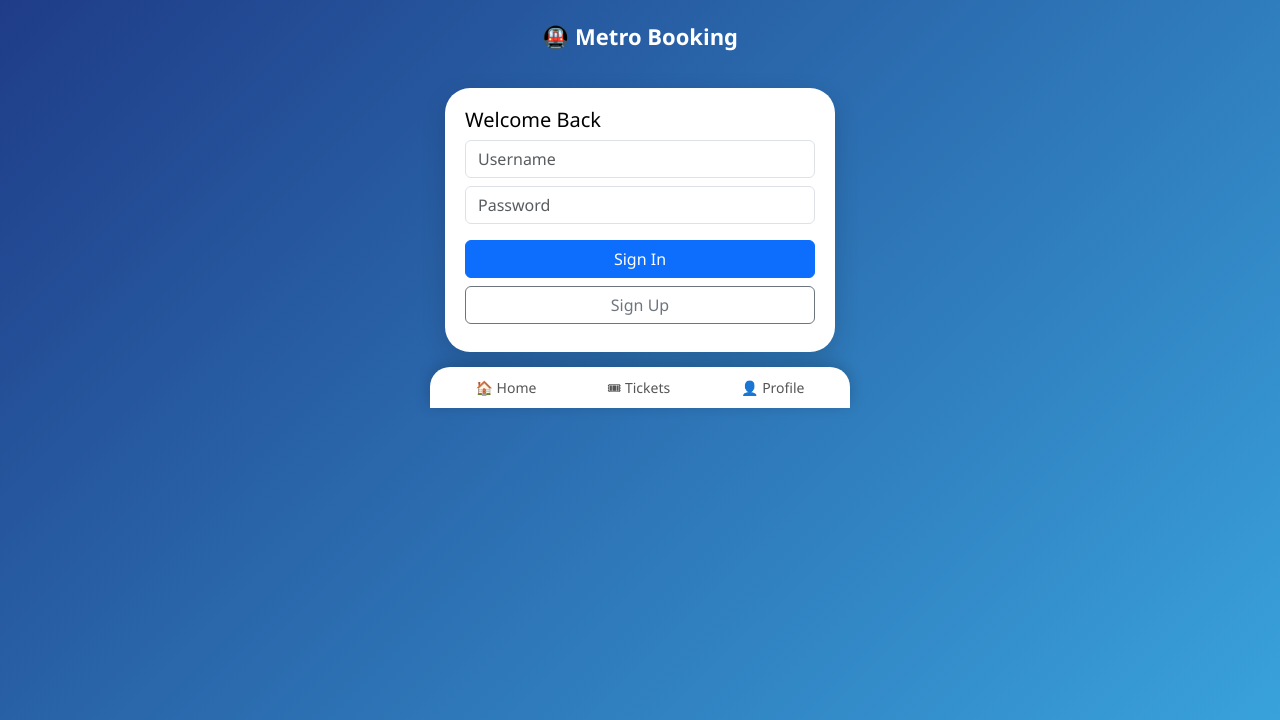
Repository: aksah72/Metro-Booking-System
Page: MetroBookingService/ui/index.html
The author's editor kept a copy of each file at every save. The page is drawn from the files as they stood at one save, then again after the next save.
The browser window is 1280 px wide. The pictures show the whole page.

Above is the page before, as saved 2026-02-22 19:42:12.

After the next save:
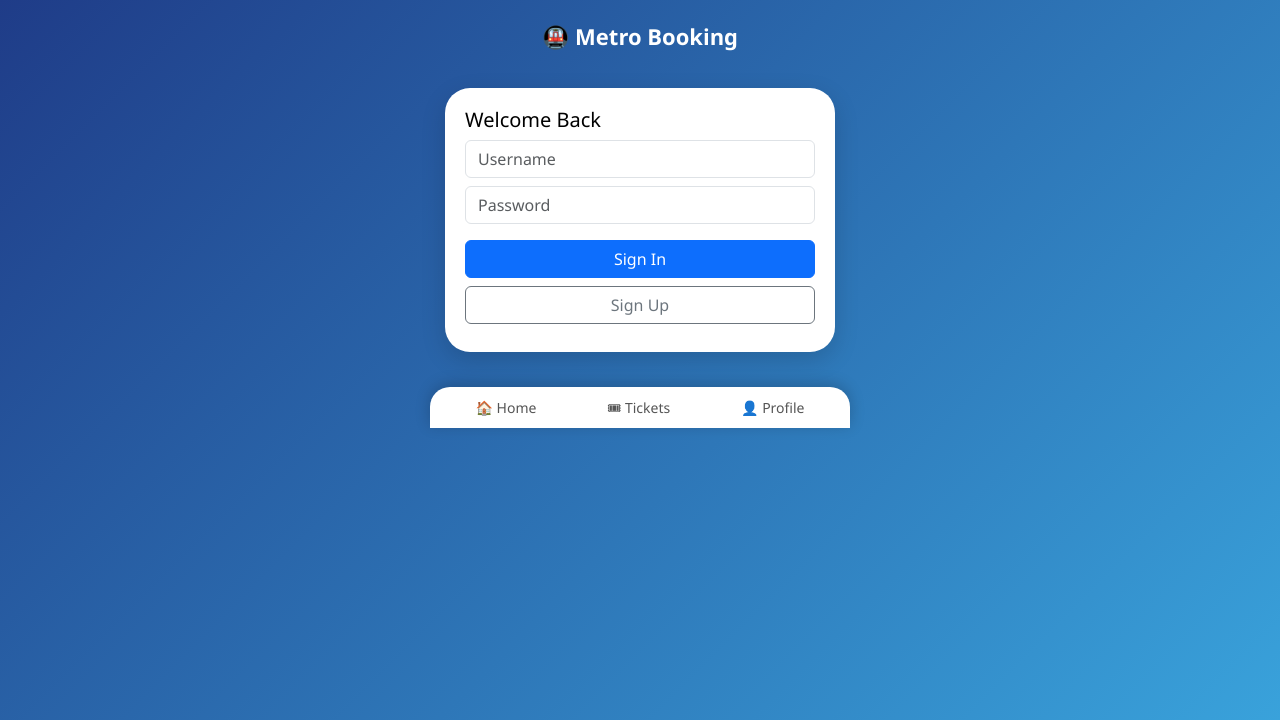
Saved 38 s later.
--- a/MetroBookingService/ui/index.html
+++ b/MetroBookingService/ui/index.html
@@ -147,6 +147,8 @@ border:3px solid black;
 <h6>My Tickets</h6>
 <div id="ticketsList"></div>
 </div>
+
+<div id="qrContainer" style="margin-top:20px;text-align:center;"></div>
 
 <div class="bottom-nav">
 <div class="nav-item" onclick="showHome()">🏠 Home</div>
